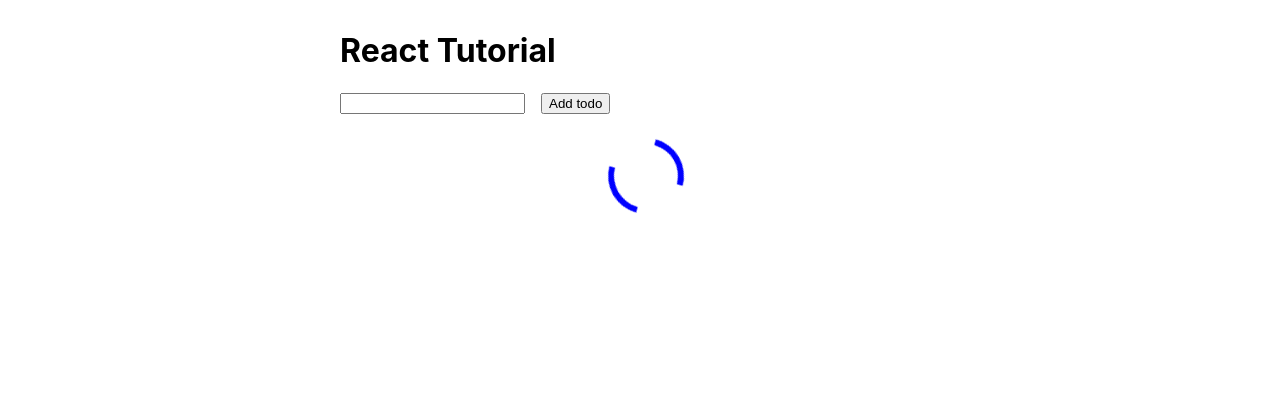
Repository: GregorPiev/rorganizer
Page: /
These files come from the project's save history. The page is drawn as it stood at one moment and after the next save; the edit follows.
The browser window is 1280 px wide. The pictures show the whole page.
The page's requests for data from a server got no answer. The project was rebuilt for these pictures with package versions that can differ from the ones it lists, and the page was loaded fresh each time. No one was signed in, and anything a server would have sent is missing. Also part of the build but not shown: src/Todo/TodoList/TodoList.css, src/Todo/TodoItem/TodoItem.js, src/Todo/TodoList/TodoList.js.

Above is the page before, as saved 2020-08-22 16:33:10.

### src/index.css
body {
	margin: 0;
	font-family: -apple-system, BlinkMacSystemFont, 'Segoe UI', 'Roboto', 'Oxygen',
		'Ubuntu', 'Cantarell', 'Fira Sans', 'Droid Sans', 'Helvetica Neue',
		sans-serif;
	-webkit-font-smoothing: antialiased;
	-moz-osx-font-smoothing: grayscale;
}

code {
	font-family: source-code-pro, Menlo, Monaco, Consolas, 'Courier New',
		monospace;
}
.wrapper {
	padding-top: 5px;
	margin: 5px auto;
	width: 600px;
}

### src/App.js
import React, { useEffect } from 'react'
import TodoList from './Todo/TodoList/TodoList'
import Context from './context';
// import AddToDo from './Todo/AddTodo/AddTodo';
import Loader from './Loader/Loader';

const AddTodo = React.lazy(() => import('./Todo/AddTodo/AddTodo.js'))

function App() {
  const [todos, setTodos] = React.useState([])
  const [loading, setLoading] = React.useState(true);
  useEffect(() => {
    fetch('https://jsonplaceholder.typicode.com/todos?_limit=10')
      .then(response => response.json())
      .then(todos => {
        setTodos(todos);
        setLoading(false);
      })
  }, [])
  function toggleTodo(id) {
    console.log('%cid:' + id, 'color: red;')
    setTodos(
      todos.map((todo) => {
        if (todo.id === id) {
          todo.completed = !todo.completed
        }
        return todo
      }),
    )
  }

  function removeTodo(id) {
    setTodos(todos.filter(todo => todo.id !== id));
  }

  function addTodo(title) {
    setTodos(
      todos.concat([
        {
          title: title,
          completed: false,
          id: Date.now()
        }
      ])
    )
  }

  return (
    <Context.Provider value={{ removeTodo: removeTodo }}>
      <div className="wrapper">
        <h1>React Tutorial</h1>
        <React.Suspense fallback={<p>Loading...</p>}>
          <AddTodo onCreate={addTodo} />
        </React.Suspense>

        {loading
          ? <Loader />
          : todos.length
            ? <TodoList todos={todos} onToggle={toggleTodo} />
            : <p>No todos</p>
        }

      </div>
    </Context.Provider>
  )
}

export default App

### src/context.js
import React from 'react';

const Context = React.createContext();
export default Context;

### src/Loader/Loader.js
import React from 'react';
import './Loader.css';
export default () => <div className="wrapperLoader"><div className="lds-dual-ring" /></div>

### src/Todo/AddTodo/AddTodo.js
import React, { useState } from 'react';
import PropTypes from 'prop-types';
import './AddTodo.css';

function useInputValue(defaultValue = '') {
    const [value, setValue] = useState(defaultValue);

    return {
        bind: {
            value: value,
            onChange: event => setValue(event.target.value)
        },
        clear: () => setValue(''),
        value: () => value

    }
}
function AddToDo({ onCreate }) {
    const input = useInputValue('');

    function handlerSubmit($event) {
        $event.preventDefault();
        if (input.value().trim()) {
            onCreate(input.value());
            input.clear()
        }

    }

    return (
        <form className="add_todo" onSubmit={handlerSubmit}>
            <input {...input.bind} />
            <button type="submit">Add todo</button>
        </form>
    )
}

AddToDo.propTypes = {
    onCreate: PropTypes.func.isRequired
}
export default AddToDo;

### src/Loader/Loader.css
.lds-dual-ring {
  display: inline-block;
  width: 80px;
  height: 80px;
}
.lds-dual-ring:after {
  content: ' ';
  display: block;
  width: 64px;
  height: 64px;
  margin: 8px;
  border-radius: 50%;
  border: 6px solid blue;
  border-color: blue transparent blue transparent;
  animation: lds-dual-ring 1.2s linear infinite;
}
@keyframes lds-dual-ring {
  0% {
    transform: rotate(0deg);
  }
  100% {
    transform: rotate(360deg);
  }
}
.wrapperLoader {
  display: flex;
  justify-content: center;
  margin: 0.5rem;
}

### src/Todo/AddTodo/AddTodo.css
.add_todo {
    margin-bottom: 1rem;
}

### src/Todo/TodoItem/TodoItem.css
li {
  display: flex;
  justify-content: space-between;
  align-items: center;
  padding: 0.5rem 1rem;
  border: 1px solid #cccccc;
  border-radius: 4px;
  margin-bottom: 0.5rem;
}
input {
  margin-right: 1rem;
}
.rb {
  background: #f00;
  border-radius: 50%;
  color: #ffffff;
  border: none;
}
.done {
  text-decoration: line-through;
}

### src/Modal/Modal.js
import React from 'react';
import './Modal';

export default class Modal extends React.Component {
    render() {
        return (
            <React.Fragment>
                <button>Open Modal</button>

                <div className="modal">
                    <div className="modal-body">
                        <h1>Modal Title</h1>
                        <p>A am awesome modal!</p>

                        <button>Close modal</button>
                    </div>
                </div>


            </React.Fragment>
        )
    }
}

Loaded but not shown: public/index.html (common file); src/index.js (common file); src/serviceWorker.js (common file)

After the next save:
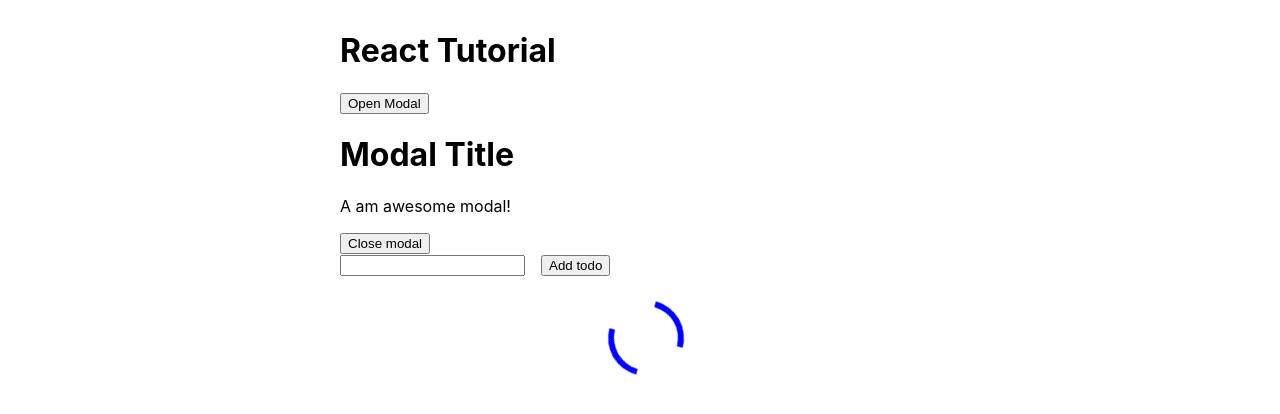
Saved 34 s later.
--- a/src/App.js
+++ b/src/App.js
@@ -3,6 +3,7 @@ import TodoList from './Todo/TodoList/TodoList'
 import Context from './context';
 // import AddToDo from './Todo/AddTodo/AddTodo';
 import Loader from './Loader/Loader';
+import Modal from './Modal/Modal';
 
 const AddTodo = React.lazy(() => import('./Todo/AddTodo/AddTodo.js'))
 
@@ -49,6 +50,10 @@ function App() {
     <Context.Provider value={{ removeTodo: removeTodo }}>
       <div className="wrapper">
         <h1>React Tutorial</h1>
+        <Modal />
+
+
+
         <React.Suspense fallback={<p>Loading...</p>}>
           <AddTodo onCreate={addTodo} />
         </React.Suspense>
